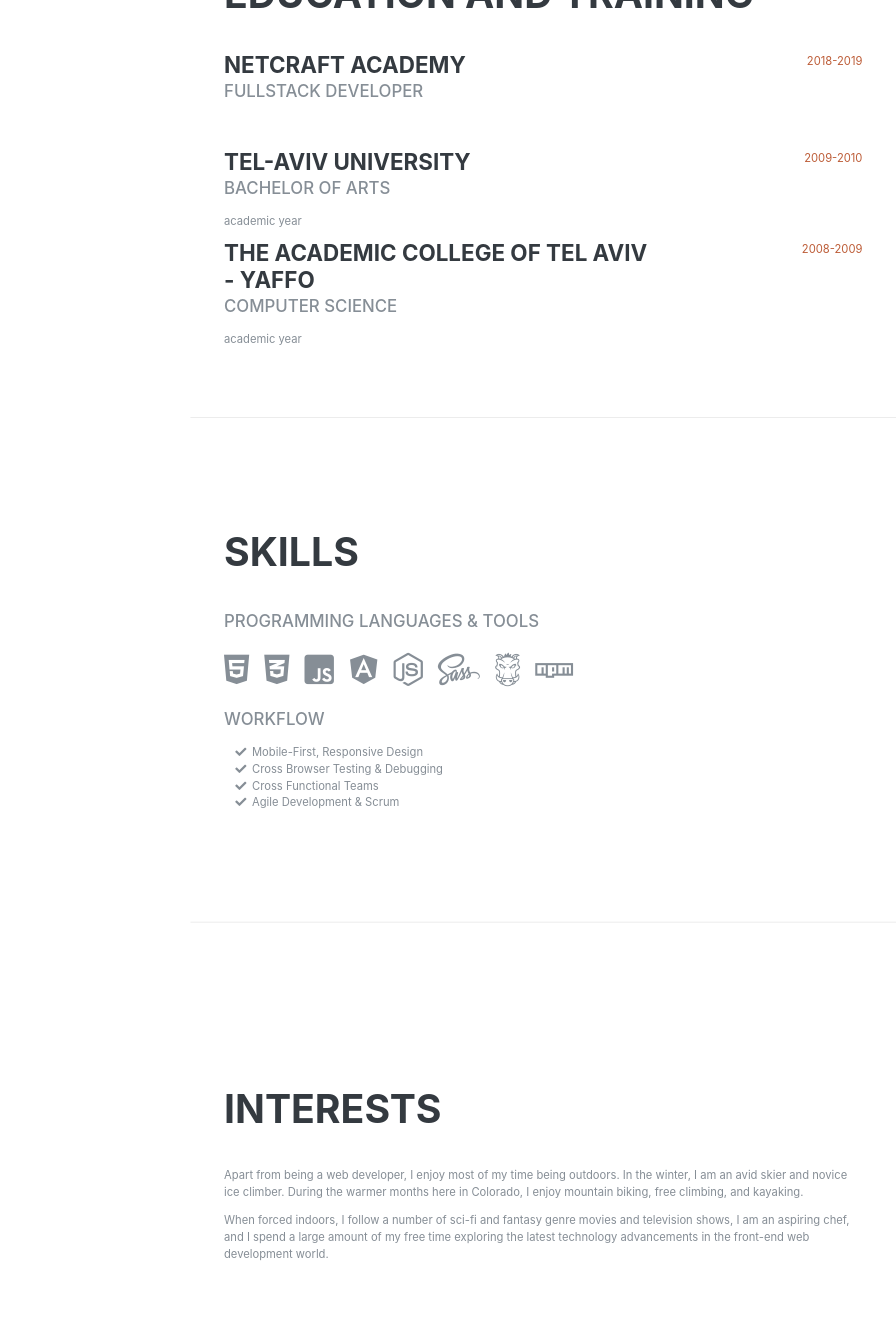
Repository: AlonGur/resume
Page: index.html
The author's editor kept a copy of each file at every save. The page is drawn from the files as they stood at one save, then again after the next save.
The browser window is 1280 px wide. The pictures show the part of the page from y = 1687 to 3607 px (the page is 4446 px tall), at 70% of full size.
Some web fonts or font styles are not loaded; a fallback is used.

Above is the page before, as saved 2019-06-07 16:12:19.

After the next save:
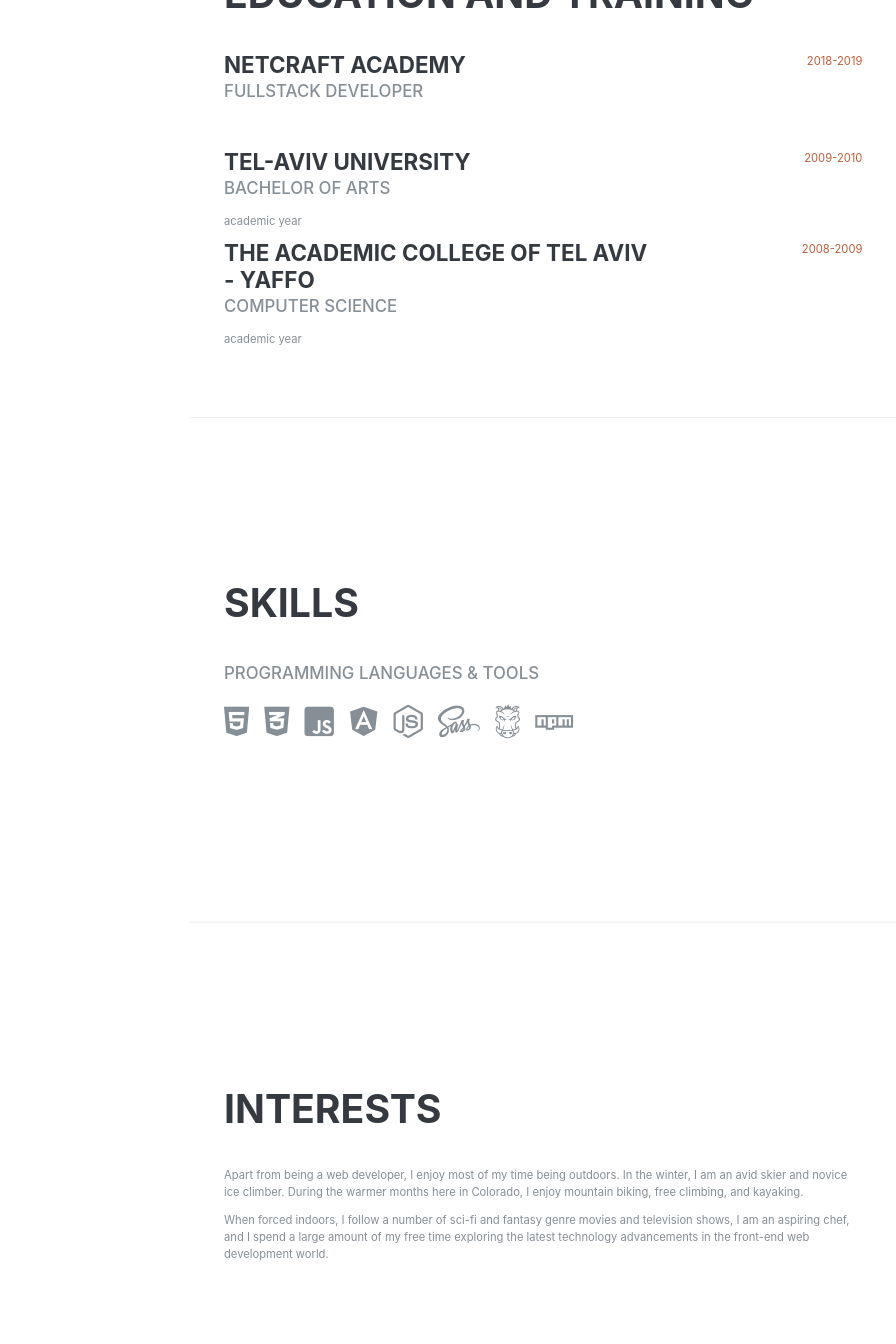
Saved 83 s later.
--- a/index.html
+++ b/index.html
@@ -210,21 +210,6 @@
           </li>
         </ul>
 
-        <div class="subheading mb-3">Workflow</div>
-        <ul class="fa-ul mb-0">
-          <li>
-            <i class="fa-li fa fa-check"></i>
-            Mobile-First, Responsive Design</li>
-          <li>
-            <i class="fa-li fa fa-check"></i>
-            Cross Browser Testing &amp; Debugging</li>
-          <li>
-            <i class="fa-li fa fa-check"></i>
-            Cross Functional Teams</li>
-          <li>
-            <i class="fa-li fa fa-check"></i>
-            Agile Development &amp; Scrum</li>
-        </ul>
       </div>
     </section>
 
